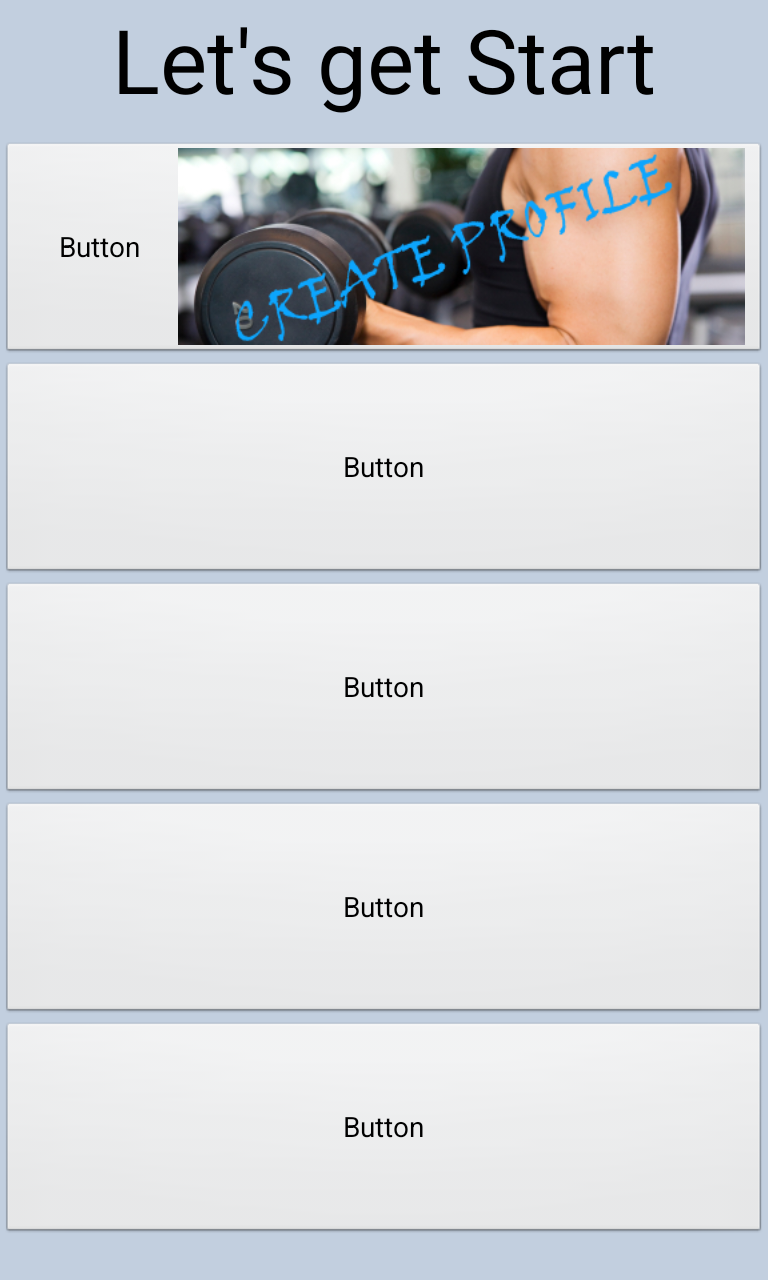
Repository: parinya1968/My-project
Layout: DroidWork/getBig/res/layout/profilemenu.xml
These files come from the project's save history. The layout is drawn as it stood at one moment and after the next save; the edit follows.
It is drawn on a 768 x 1280 px phone screen (xhdpi) without system bars, with theme android:Theme.NoTitleBar.Fullscreen; the app's code is not run.

Above is the layout before, as saved 2012-06-20 03:52:15.

After the next save:
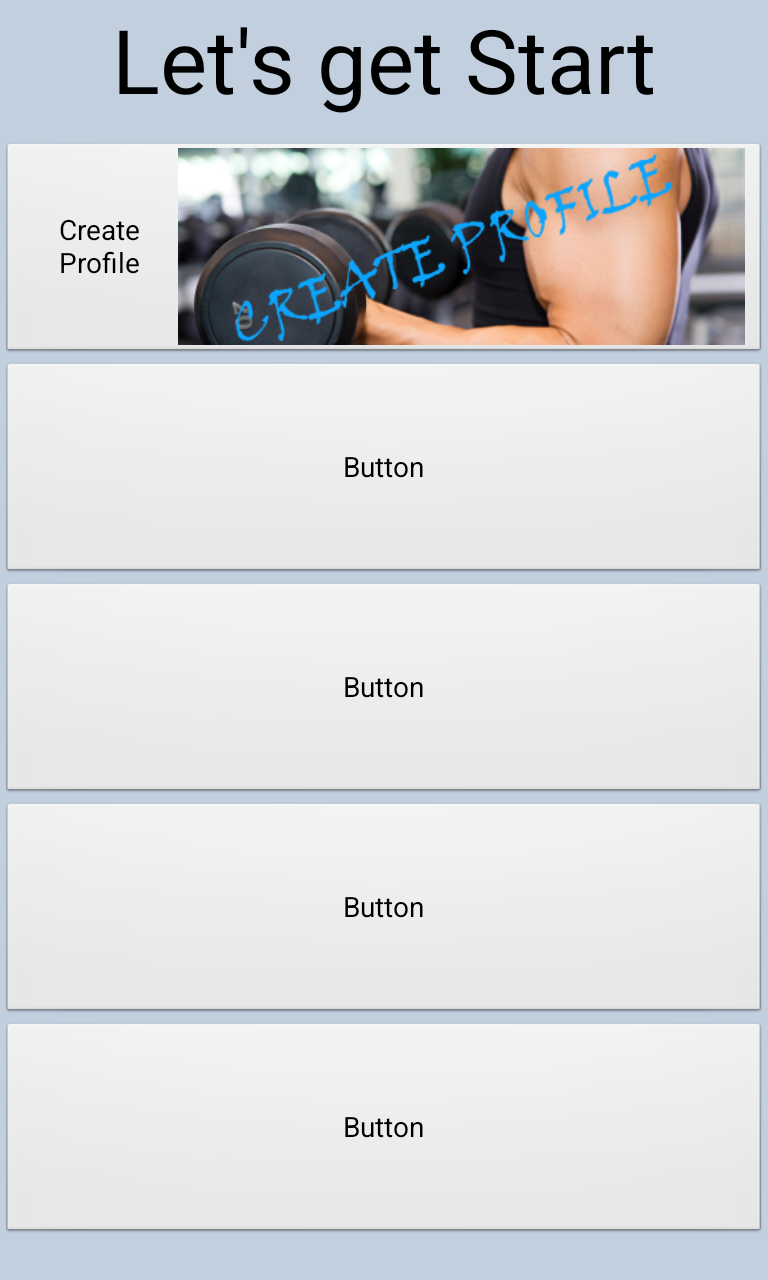
Saved 25 s later.
--- a/DroidWork/getBig/res/layout/profilemenu.xml
+++ b/DroidWork/getBig/res/layout/profilemenu.xml
@@ -28,8 +28,7 @@
             android:layout_width="match_parent"
             android:layout_height="110dp"
             android:text="Create Profile"
-            android:drawableRight="@drawable/createprofile"
-            android:text="Button" />
+            android:drawableRight="@drawable/createprofile" />
 
         <Button
             android:id="@+id/groups_profile_update"
